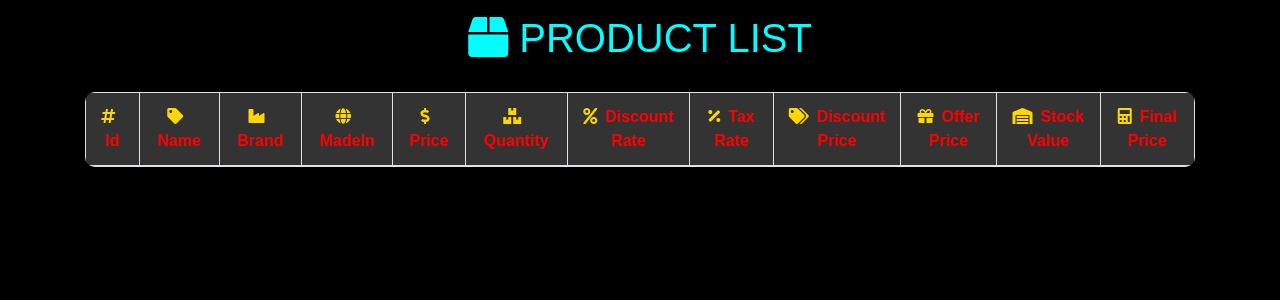
Repository: Ravi-kishor-09/Ravi-projects
Page: http://localhost/product-list
These files come from the project's save history. The page is drawn as it stood at one moment and after the next save; the edit follows.
The browser window is 1280 px wide. The pictures show the whole page.
The page is this project's Thymeleaf template; nobody is signed in. The template is opened directly, without the code that normally fills it, so the values that code supplies are empty.

Above is the page before, as saved 2024-12-20 10:17:39.

### spring1/src/main/resources/templates/product-list.html
<!DOCTYPE html>
<html lang="en">
<head>
    <meta charset="UTF-8">
    <meta name="viewport" content="width=device-width, initial-scale=1.0">
    <title>Product List</title>
    <!-- Bootstrap CSS -->
    <link href="https://maxcdn.bootstrapcdn.com/bootstrap/4.5.2/css/bootstrap.min.css" rel="stylesheet">
    <!-- Font Awesome for Icons -->
    <link href="https://cdnjs.cloudflare.com/ajax/libs/font-awesome/5.15.4/css/all.min.css" rel="stylesheet">
    <style>
        body {
            background-color: black;
            color: white;
            font-family: 'Arial', sans-serif;
        }
        h1 {
            color: aqua;
            margin-bottom: 20px;
            animation: text-jump 2s infinite;
        }
        @keyframes text-jump {
            0%, 100% {
                transform: translateY(0);
            }
            50% {
                transform: translateY(-10px);
            }
        }
        table {
            color: white;
            background-color: #1a1a1a;
            border-radius: 10px;
            overflow: hidden;
        }
        thead th {
            color: red;
            background-color: #333;
        }
        tbody td {
            color: chartreuse;
        }
        tbody tr:hover {
            background-color: #444;
            cursor: pointer;
        }
        .icon {
            color: gold;
            margin-right: 8px;
        }
    </style>
</head>
<body>
    <div class="container text-center py-4">
        <h1><i class="fas fa-box"></i> PRODUCT LIST</h1>
        <div class="table-responsive">
            <table class="table table-bordered table-hover">
                <thead>
                    <tr>
                        <th><i class="fas fa-hashtag icon"></i>Id</th>
                        <th><i class="fas fa-tag icon"></i>Name</th>
                        <th><i class="fas fa-industry icon"></i>Brand</th>
                        <th><i class="fas fa-globe icon"></i>MadeIn</th>
                        <th><i class="fas fa-dollar-sign icon"></i>Price</th>
                        <th><i class="fas fa-boxes icon"></i>Quantity</th>
                        <th><i class="fas fa-percent icon"></i>Discount Rate</th>
                        <th><i class="fas fa-percentage icon"></i>Tax Rate</th>
                        <th><i class="fas fa-tags icon"></i>Discount Price</th>
                        <th><i class="fas fa-gift icon"></i>Offer Price</th>
                        <th><i class="fas fa-warehouse icon"></i>Stock Value</th>
                        <th><i class="fas fa-calculator icon"></i>Final Price</th>
                    </tr>
                </thead>
                <tbody>
                    <tr th:each="product : ${products}">
                        <td th:text="${product.Id}"></td>
                        <td th:text="${product.Name}"></td>
                        <td th:text="${product.Brand}"></td>
                        <td th:text="${product.MadeIn}"></td>
                        <td th:text="${product.price}"></td>
                        <td th:text="${product.Quantity}"></td>
                        <td th:text="${product.discountRate}"></td>
                        <td th:text="${product.taxRate}"></td>
                        <td th:text="${product.discountprice}"></td>
                        <td th:text="${product.offerprice}"></td>
                        <td th:text="${product.stockvalue}"></td>
                        <td th:text="${product.finalprice}"></td>
                    </tr>
                </tbody>
            </table>
        </div>
    </div>
    <!-- Bootstrap JS, Popper.js, and jQuery -->
    <script src="https://code.jquery.com/jquery-3.5.1.slim.min.js"></script>
    <script src="https://cdn.jsdelivr.net/npm/@popperjs/core@2.9.3/dist/umd/popper.min.js"></script>
    <script src="https://maxcdn.bootstrapcdn.com/bootstrap/4.5.2/js/bootstrap.min.js"></script>
</body>
</html>

After the next save:
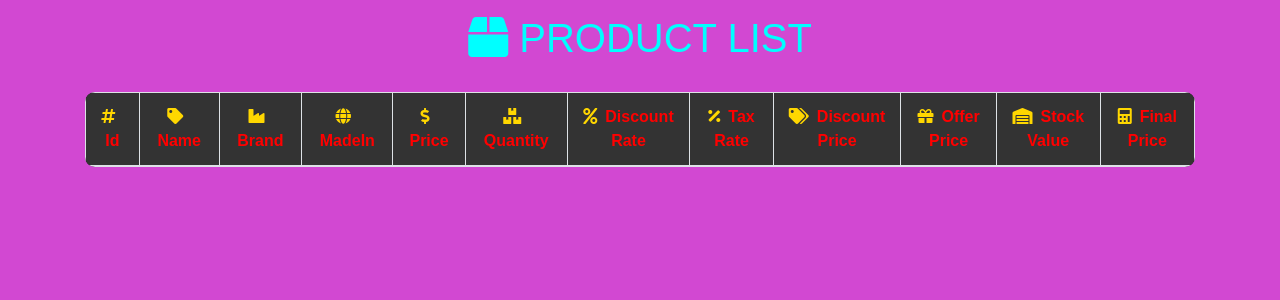
Saved 3 min 23 s later.
--- a/spring1/src/main/resources/templates/product-list.html
+++ b/spring1/src/main/resources/templates/product-list.html
@@ -10,7 +10,7 @@
     <link href="https://cdnjs.cloudflare.com/ajax/libs/font-awesome/5.15.4/css/all.min.css" rel="stylesheet">
     <style>
         body {
-            background-color: black;
+            background-color: rgb(210, 72, 210);
             color: white;
             font-family: 'Arial', sans-serif;
         }
